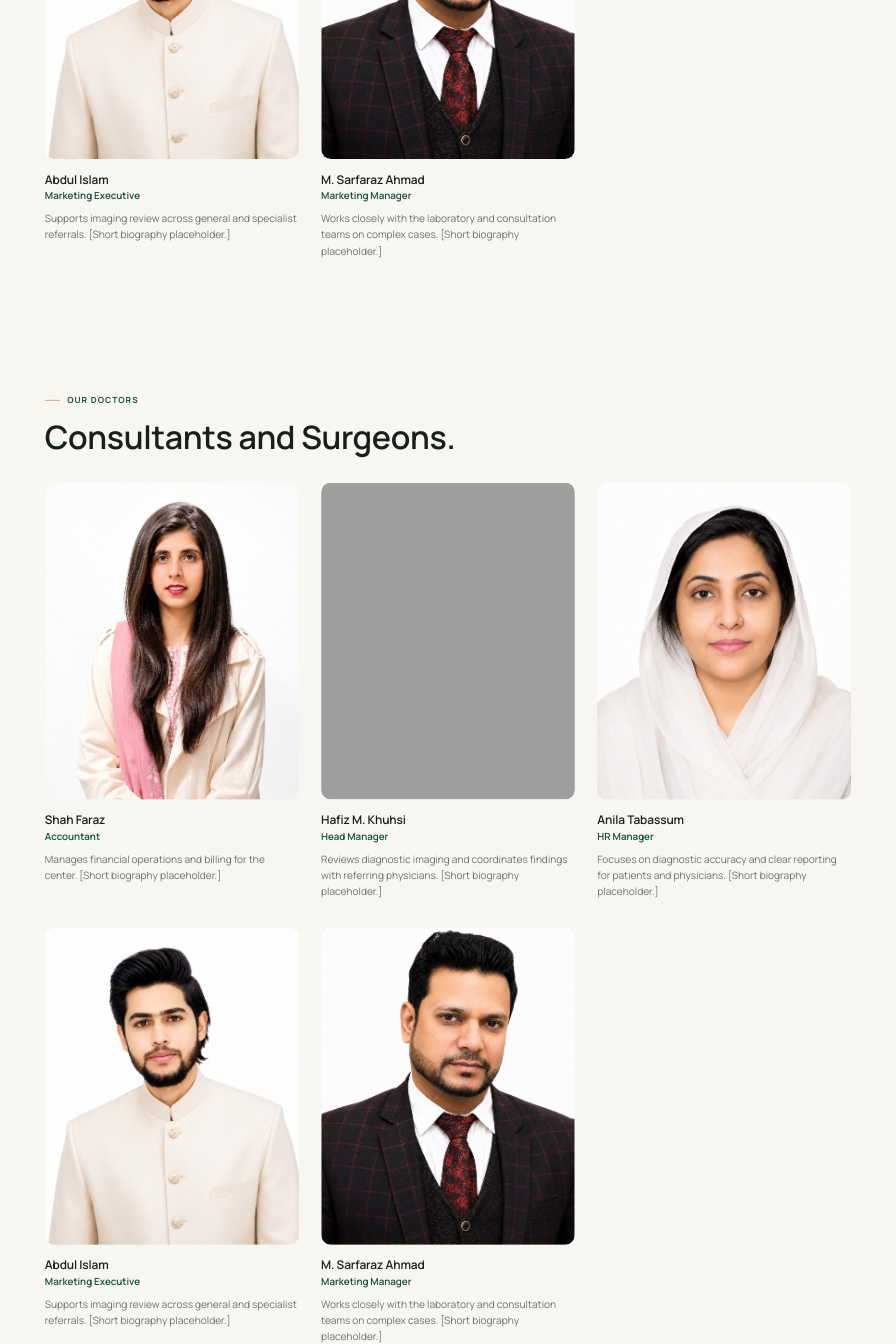
Repository: mraeesaziz45/al-farah
Page: team.html
An editor plug-in stored every save of this project. The page is shown before and after the next save, followed by the edit.
The browser window is 1280 px wide. The pictures show the part of the page from y = 2415 to 4335 px (the page is 5321 px tall), at 70% of full size.
Pictures or frames that could not be fetched are drawn as grey boxes.

Above is the page before, as saved 2026-09-08 16:19:14.

After the next save:
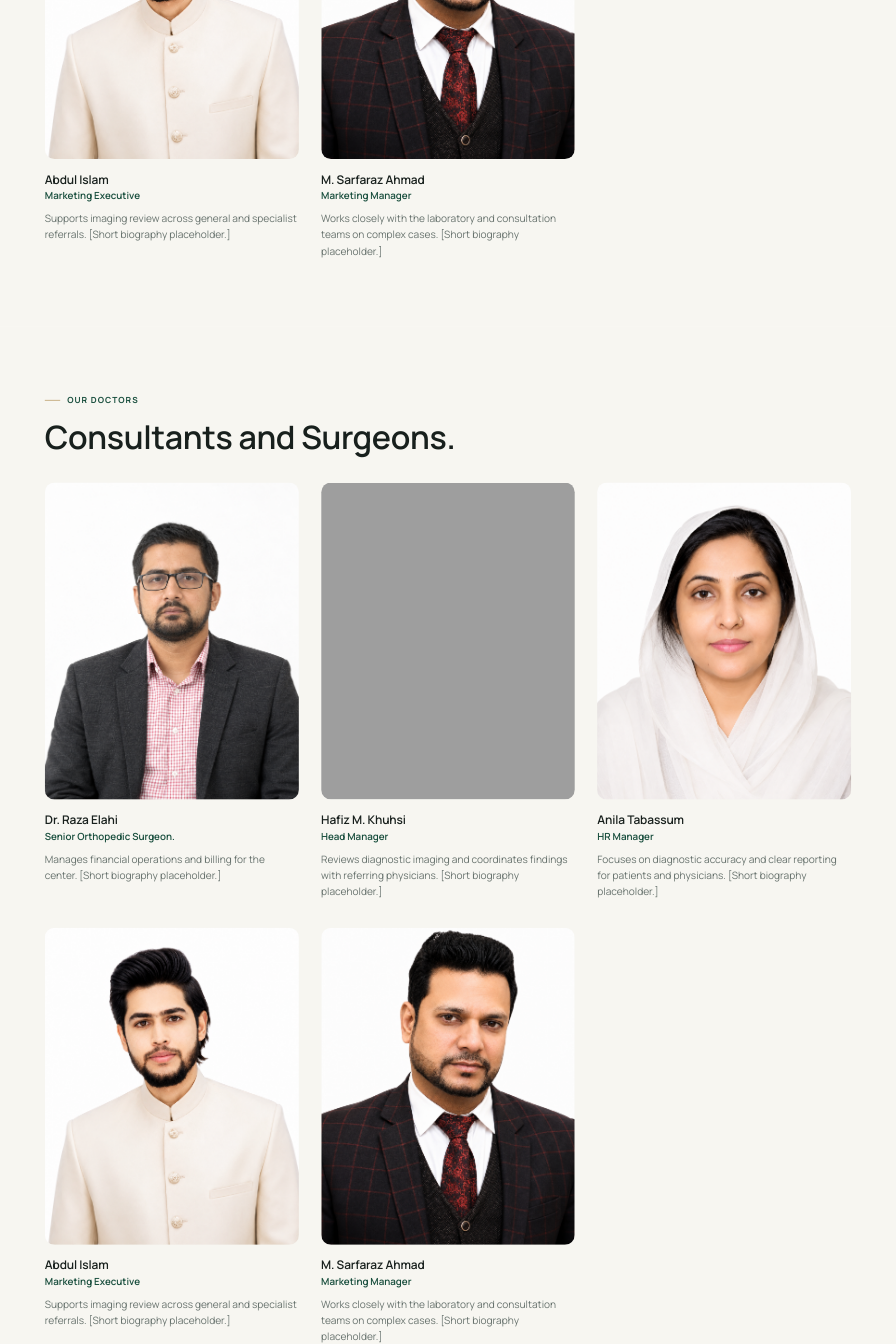
Saved 46 min 13 s later.
--- a/team.html
+++ b/team.html
@@ -143,10 +143,10 @@
       <div class="team-grid" data-reveal-group>
         <div class="team-card" data-reveal>
           <div class="team-card-media">
-            <img src="assets/images/team/benazir.png" alt="Portrait placeholder for the clinic accountant" width="1000" height="1250" loading="lazy" decoding="async">
-          </div>
-          <h3 class="h4">Shah Faraz</h3>
-          <span class="role">Accountant</span>
+            <img src="assets/images/team/dr-raza-elahi.png" alt="Portrait placeholder for the clinic accountant" width="1000" height="1250" loading="lazy" decoding="async">
+          </div>
+          <h3 class="h4">Dr. Raza Elahi</h3>
+          <span class="role">Senior Orthopedic Surgeon.</span>
           <p class="bio">Manages financial operations and billing for the center. [Short biography placeholder.]</p>
         </div>
         <div class="team-card" data-reveal>
